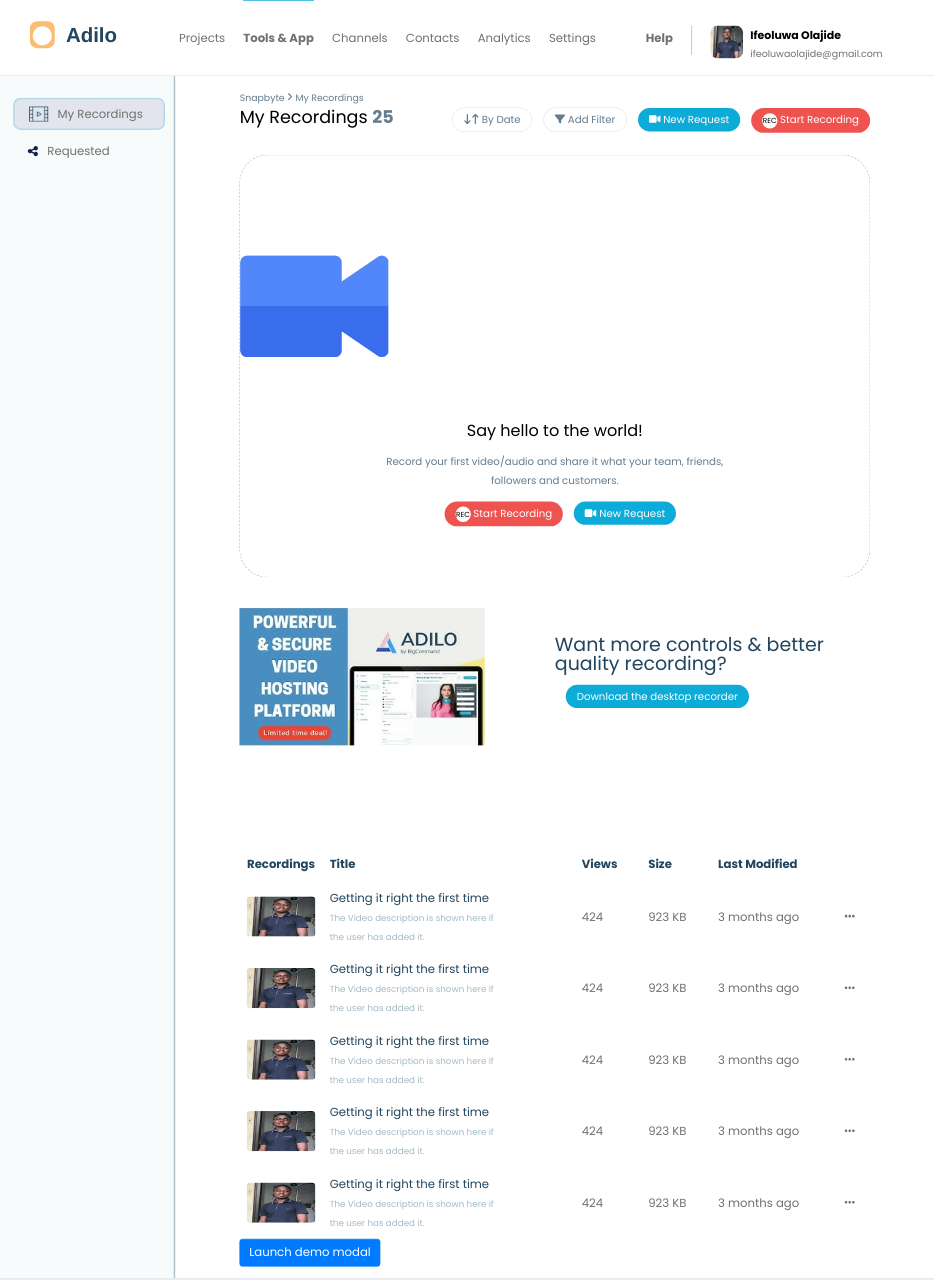
Repository: olhighjay/video_recorder
Page: /
These files come from the project's save history. The page is drawn as it stood at one moment and after the next save; the edit follows.
The browser window is 1280 px wide. The pictures show the whole page, at 73% of full size.
Some web libraries are served in a nearby version. The project was rebuilt for these pictures with package versions that can differ from the ones it lists, and the page was loaded fresh each time. Also part of the build but not shown: vue.config.js.

Above is the page before, as saved 2022-07-29 10:29:55.

### public/index.html
<!DOCTYPE html>
<html lang="">
  <head>
    <meta charset="utf-8">
    <meta http-equiv="X-UA-Compatible" content="IE=edge">
    <meta name="viewport" content="width=device-width,initial-scale=1.0">
    <link rel="icon" href="<%= BASE_URL %>favicon.ico">
    <title><%= htmlWebpackPlugin.options.title %></title>
    <link rel="stylesheet" href="https://cdn.jsdelivr.net/npm/bootstrap@4.0.0/dist/css/bootstrap.min.css" integrity="sha384-Gn5384xqQ1aoWXA+058RXPxPg6fy4IWvTNh0E263XmFcJlSAwiGgFAW/dAiS6JXm" crossorigin="anonymous">
    <link rel="stylesheet" href="https://cdnjs.cloudflare.com/ajax/libs/font-awesome/6.1.2/css/all.min.css" integrity="sha512-1sCRPdkRXhBV2PBLUdRb4tMg1w2YPf37qatUFeS7zlBy7jJI8Lf4VHwWfZZfpXtYSLy85pkm9GaYVYMfw5BC1A==" crossorigin="anonymous" referrerpolicy="no-referrer" />
  </head>
  <body>
    <noscript>
      <strong>We're sorry but <%= htmlWebpackPlugin.options.title %> doesn't work properly without JavaScript enabled. Please enable it to continue.</strong>
    </noscript>
    <div id="app"></div>
    <!-- built files will be auto injected -->

    <script src="https://cdnjs.cloudflare.com/ajax/libs/font-awesome/6.1.2/js/all.min.js" integrity="sha512-8pHNiqTlsrRjVD4A/3va++W1sMbUHwWxxRPWNyVlql3T+Hgfd81Qc6FC5WMXDC+tSauxxzp1tgiAvSKFu1qIlA==" crossorigin="anonymous" referrerpolicy="no-referrer"></script>
    <script src="https://code.jquery.com/jquery-3.2.1.slim.min.js" integrity="sha384-KJ3o2DKtIkvYIK3UENzmM7KCkRr/rE9/Qpg6aAZGJwFDMVNA/GpGFF93hXpG5KkN" crossorigin="anonymous"></script>
    <script src="https://cdn.jsdelivr.net/npm/popper.js@1.12.9/dist/umd/popper.min.js" integrity="sha384-ApNbgh9B+Y1QKtv3Rn7W3mgPxhU9K/ScQsAP7hUibX39j7fakFPskvXusvfa0b4Q" crossorigin="anonymous"></script>
    <script src="https://cdn.jsdelivr.net/npm/bootstrap@4.0.0/dist/js/bootstrap.min.js" integrity="sha384-JZR6Spejh4U02d8jOt6vLEHfe/JQGiRRSQQxSfFWpi1MquVdAyjUar5+76PVCmYl" crossorigin="anonymous"></script>
  </body>
</html>

### src/App.vue
<template>
  <!-- <img alt="Vue logo" src="./assets/logo.png"> -->
  <div>
    <navbar></navbar>
    <div id="main-flex">
      <div class="my-sidebar">
        <ul class="my-sidebar-items">
            <li class="sidebar-item-active"> <img src="./assets/video-player.png" alt=""> &nbsp; My Recordings</li>
            <li> <i class="fa fa-share-alt" style="color:#102346"></i> &nbsp; Requested</li>
        </ul>
      </div>
        <div class="my-main">
          <div class="my-main-container">
            <div><small class="breadcrumbs">Snapbyte <i class="fa fa-angle-right" style="font-weight:200"></i> My Recordings</small></div>
            <div class="subheading-tab">
              <div> <span class="my-recordings">My Recordings </span><span class="my-recordings-count">25</span> </div>
              <div>
                <button class="sub-heading-btn white-btn">
                  <i class="fa fa-long-arrow-down" aria-hidden="true"></i>
                  <i class="fa fa-long-arrow-up" aria-hidden="true"></i>
                  By Date
                </button>
                <button class="sub-heading-btn white-btn">
                  <i class="fa-solid fa-filter"></i>
                  Add Filter
                </button>
                <button class="sub-heading-btn blue-btn">
                  <i class="fa fa-video"></i>
                  New Request
                </button>
                <button class="sub-heading-btn red-btn">
                  <span class="rec">REC</span>
                  Start Recording
                </button>
              </div>
            </div>

            <empty-recorded></empty-recorded>

            <data-table></data-table>
            <!-- Button trigger modal -->
<button type="button" class="btn btn-primary" data-toggle="modal" data-target="#recordOptions">
  Launch demo modal
</button>

<!-- Modal -->
<div class="modal fade" id="recordOptions" tabindex="-1" role="dialog" aria-labelledby="recordOptions" aria-hidden="true">
  <div class="modal-dialog modal-dialog-centered" role="document">
    <div class="modal-content">
      <div class="modal-header">
        <h5 class="my-modal-title">New Recording</h5>
        <button type="button" class="close" data-dismiss="modal" aria-label="Close">
          <span aria-hidden="true"><i class="fa fa-xmark"></i></span>
        </button>
      </div>
      <div class="modal-body">
        <p class="save-in">Save the recording in</p>
        <div>
          <select class="save-option">
            <Option value="" key="">Select a project</Option>
            <Option value="" key="">Project 1</Option>
            <Option value="" key="">Project 2</Option>
            <Option value="" key="">Project 3</Option>
            <Option value="" key="">Project 4</Option>
          </select>
        </div>
        <div style="margin-top: 35px;">
          <div class="record">
            <div class="record-name">Record screen</div>
            <div class="record-switch">
              <label class="switch">
                <input type="checkbox">
                <span class="slider round"></span>
              </label>
            </div>
          </div>
          <div class="record">
            <div class="record-name">Record camera</div>
            <div class="record-switch">
              <label class="switch">
                <input type="checkbox">
                <span class="slider round"></span>
              </label>
            </div>
          </div>
          <div class="record">
            <div class="record-name">Record mic</div>
            <div class="record-switch">
              <label class="switch">
                <input type="checkbox">
                <span class="slider round"></span>
              </label>
            </div>
          </div>
        </div>
      </div>
      <div class="text-center">
        <button type="button" class="start-recording-btn">Start Recording</button>
      </div>
    </div>
  </div>
</div>
          </div>
        </div>
    </div>
  </div>
</template>

<script>
// import HelloWorld from './components/HelloWorld.vue'
import Navbar from './layouts/Navbar.vue'
import DataTable from '@/components/DataTable'
import EmptyRecorded from '@/components/EmptyRecorded'

export default {
  name: 'App',
  components: {
    Navbar,
    DataTable,
    EmptyRecorded
  }
}
</script>


<style>
 @import url('https://fonts.googleapis.com/css2?family=Poppins:wght@400;500;700&display=swap');

#main-flex {
  display: flex;
  width: 100%;
}

.my-sidebar {
  flex: 0 0 240px;
  /* width: 20%; */
  /* height: 100%; */
  background-color: #ebf2f656;
  border-right: 2px solid #21455e54;
  /* border-right: 2px solid #21455E; */
  /* width:250px; */
}
.my-sidebar-items {
  list-style: none;
  padding: 20px 0;
}
.my-sidebar-items>li {
  margin : 10px 12px 10px 18px;
  padding: 7px 20px ;
}
.sidebar-item-active {
  background-color: #E2E5ED;
  border: 2px solid #0DABD838;
  border-radius: 10px;
}





.my-main {
  flex: 1;
  flex-wrap: wrap;
}
.my-main-container {
  padding: 1.5% 8.5%;
}
.subheading-tab {
  display: flex;
  justify-content: space-between;
}
.sub-heading-btn {
  padding: 3px 15px;
  border-radius: 20px;
  margin-left: 15px;
  font-size: 14px;
}
.white-btn {
  border: 1px solid #E2E5ED;
  background-color: white;
  color: #637C8E;
}
.blue-btn {
  border: none;
  background-color: #0DABD8;
  color: #fff;
}
.red-btn {
  border: none;
  background-color: #EF5350;
  color: #fff;
}
.my-recordings, .my-recordings-count {
  font-size: 24px;
  color: #000
}
.my-recordings {
  color: #000
}
.my-recordings-count {
  color: #637C8E;
  font-weight: 600;
}
.breadcrumbs {
  color:#637C8E;
}
.rec {
  color:#000;
  background-color:#fff;
  border-radius:50%;
  padding:3px 1px;
  font-size:10px;
}



.save-option {
  width:100%;
  background: #F8FAFB 0% 0% no-repeat padding-box;
  border: 1px solid #E2E5ED;
  border-radius: 8px;
  padding:8px 20px;
}
.modal-dialog {
  max-width: 400px !important;
}
.modal-content {
  padding-bottom: 30px !important;
}
.modal-body {
  padding:30px !important;
}
.my-modal-title {
  color:#000;
  font-size: 22px;
  padding-left: 14px;
}
.record {
  margin-top: 15px;
  display: flex;
  justify-content: space-between;
}
.record-name {
  color: #21455E;
  font-size: 18px;
}
.save-in {
  color:black;
  font-size:16px;
}
.start-recording-btn {
  background: #0DABD8 0% 0% no-repeat padding-box;
  border-radius: 28px;
  font-size:18px;
  padding:5px 55px;
  border: none;
  color:#fff;
}


.switch {
  position: relative;
  top: 10px;
  display: inline-block;
  width: 50px;
  height: 13px;
}

.switch input {
  opacity: 0;
  width: 0;
  height: 0;
}

.slider {
  position: absolute;
  cursor: pointer;
  top: -10px;
  left: 0;
  right: 0;
  bottom: 0;
  background-color: #ccc;
  -webkit-transition: .4s;
  transition: .4s;
}

.slider:before {
  position: absolute;
  content: "";
  height: 15px;
  width: 15px;
  left: 4px;
  bottom: 4px;
  background-color: white;
  -webkit-transition: .4s;
  transition: .4s;
}

input:checked + .slider {
  background-color: #1bd85a;
}

input:focus + .slider {
  box-shadow: 0 0 1px #1bd85a;
}

input:checked + .slider:before {
  -webkit-transform: translateX(26px);
  -ms-transform: translateX(26px);
  transform: translateX(26px);
}

/* Rounded sliders */
.slider.round {
  border-radius: 34px;
}

.slider.round:before {
  border-radius: 50%;
}


#app {
  font-family: Avenir, Helvetica, Arial, sans-serif;
  font: normal normal normal 14px/26px Poppins;
  -webkit-font-smoothing: antialiased;
  -moz-osx-font-smoothing: grayscale;
   /* text-align: center; */
   font-size: 16px;
  color: #707070;
  border-bottom: solid 2px #E2E5ED;
  overflow: hidden;
  /* margin-top: 60px;  */
}


</style>

### src/layouts/Navbar.vue
<template>
    <nav class="">
      <div class="nav-logo-area">
        <div class="nav-logo-area-inner">
          <div class="white-logo-wrap">
            <span class="white-logo-bkg">
            <img alt="Adilo logo" src="../assets/swarm.png">
            </span>
          </div>
          <div class="adilo">Adilo</div>
        </div>
      </div>
      <div class="nav-tab">
        <ul class="my-nav-list">
          <li><a>Projects</a></li>
          <li class="active-nav-item"> <a>Tools & App</a></li>
          <li><a>Channels</a></li>
          <li><a>Contacts</a></li>
          <li><a>Analytics</a></li>
          <li><a>Settings</a></li>
        </ul>
      </div>
      <div class="nav-profile">
        <ul class="my-nav-list">
          <li><a><b>Help</b></a></li>
        </ul>
        <div class="profile-info">
          <div class="profile-border"></div>
          <div >
            <img alt="Profile Image" src="../assets/profile.jpg" class="profile-img">
          </div>
          <div style="margin-left:10px">
            <span class="profile-name">Ifeoluwa Olajide </span>
            <p class="profile-email">ifeoluwaolajide@gmail.com</p>
          </div>
        </div>
      </div>
    </nav>
</template>
<script>
export default {
    name: 'NavbarComponent'
}
</script>
<style>
     nav {
    display: flex;
    /* height: 69px; */
    padding: 0 0.032%;
    border-bottom: solid 1px #E2E5ED;
  }

  .nav-logo-area {
    flex: 0 0 16%;
    padding-left: 3.2%;
    padding-top: 19px;
    padding-bottom: 27px;
  }
  .nav-logo-area-inner {
    display: flex;
  }
  .nav-tab {
    flex: 0 0 50%;
  }
  .nav-profile {
    flex: 0 0 34%;
    display: flex;
  }
  .my-nav-list {
    list-style: none;
    padding-top: 40px;
  }
  .my-nav-list>li {
    display: inline;
    margin-right: 25px;
    padding-top: 40px;
  }
  .my-nav-list>li>a {
    text-align: left;
    /* font: normal normal normal 18px/27px Poppins; */
    letter-spacing: 0px;
    color: #707070;
    opacity: 1
  }
  .white-logo-wrap {
    padding-top:16px;
  }
  .white-logo-bkg {
    background-color:#FBBD71;
    padding:7px 4px;
    border-radius:10px;
  }
  .adilo {
    font: normal normal bold 28px/32px Helvetica;
    font-size:28px;
    margin-left:15px;
    font-weight:bold;
    color:#21455E;
    padding-top:14px;
  }
  .profile-info {
    padding-top:35px;
    display:flex;
  }
  .active-nav-item {
    border-top: 6px solid #0DABD8;
    font-weight: 600;
  }
  .profile-border {
    border-left: 1px solid #A3BAC6;
    padding-left:25px;
    height:40px;
  }
  .profile-img {
    width:45px; height: 45px;
    border-radius:10px;
  }
  .profile-name {
    font-weight:bold;
    font-size:15px;
    color:black;
  }
  .profile-email {
    font-size:13px;
  }
</style>

### src/components/DataTable.vue
<template>
    <div class="table-responsive-xl" style="margin-top:46.1px">
        <table class="">
        <thead>
            <tr >
            <th scope="col" class="my-table-title">Recordings</th>
            <th scope="col" class="my-table-title" colspan="3">Title</th>
            <th scope="col" style="width:10%"></th>
            <th scope="col" class="my-table-title">Views</th>
            <th scope="col" class="my-table-title">Size</th>
            <th scope="col" class="my-table-title">Last Modified</th>
            <th scope="col" class="my-table-title"></th>
            </tr>
        </thead>
        <tbody>
            <tr>
            <td style="width:13%; ">
                <img alt="Profile Image" src="../assets/profile.jpg" class="table-profile-image">
            </td>
            <td style="width:30%" colspan="3">
                <span class="row-col-txt">Getting it right the first time </span> <br />
                <span class="row-col-subtxt">The Video description is shown here if the user has added it. </span>
            </td>
            <td style="width:10%">
            </td>
            <td>424</td>
            <td>923 KB</td>
            <td>3 months ago</td>
            <td><i class="fa fa-ellipsis-h"></i></td>
            </tr>
            <tr>
            <td style="width:13%; ">
                <img alt="Profile Image" src="../assets/profile.jpg" class="table-profile-image">
            </td>
            <td style="width:30%" colspan="3">
                <span class="row-col-txt">Getting it right the first time </span> <br />
                <span class="row-col-subtxt">The Video description is shown here if the user has added it. </span>
            </td>
            <td style="width:10%">
            </td>
            <td>424</td>
            <td>923 KB</td>
            <td>3 months ago</td>
            <td><i class="fa fa-ellipsis-h"></i></td>
            </tr>
            <tr>
            <td style="width:13%; ">
                <img alt="Profile Image" src="../assets/profile.jpg" class="table-profile-image">
            </td>
            <td style="width:30%" colspan="3">
                <span class="row-col-txt">Getting it right the first time </span> <br />
                <span class="row-col-subtxt">The Video description is shown here if the user has added it. </span>
            </td>
            <td style="width:10%">
            </td>
            <td>424</td>
            <td>923 KB</td>
            <td>3 months ago</td>
            <td><i class="fa fa-ellipsis-h"></i></td>
            </tr>
            <tr>
            <td style="width:13%; ">
                <img alt="Profile Image" src="../assets/profile.jpg" class="table-profile-image">
            </td>
            <td style="width:30%" colspan="3">
                <span class="row-col-txt">Getting it right the first time </span> <br />
                <span class="row-col-subtxt">The Video description is shown here if the user has added it. </span>
            </td>
            <td style="width:10%">
            </td>
            <td>424</td>
            <td>923 KB</td>
            <td>3 months ago</td>
            <td><i class="fa fa-ellipsis-h"></i></td>
            </tr>
            <tr>
            <td style="width:13%; ">
                <img alt="Profile Image" src="../assets/profile.jpg" class="table-profile-image">
            </td>
            <td style="width:30%" colspan="3">
                <span class="row-col-txt">Getting it right the first time </span> <br />
                <span class="row-col-subtxt">The Video description is shown here if the user has added it. </span>
            </td>
            <td style="width:10%">
            </td>
            <td>424</td>
            <td>923 KB</td>
            <td>3 months ago</td>
            <td><i class="fa fa-ellipsis-h"></i></td>
            </tr>
        </tbody>
        </table>
    </div>
</template>

<style>
    table  {
  border-spacing: 300px !important;
}
th, td {
  padding: 10px;
}
.my-table-title {
  text-align: left;
  font: normal normal medium 18px/27px Poppins;
  letter-spacing: 0px;
  color: #21455E;
}
.row-col-txt {
  color:#21455E
}
.row-col-subtxt {
  text-align: left;
  font: normal normal normal 12px/18px Poppins;
  letter-spacing: 0px;
  color: #A3BAC6;
  line-height: 0;
}
.table-profile-image {
  width:100%;
  height:55px;
  border-radius:5px;
}
</style>

### src/components/EmptyRecorded.vue
<template>
    <div style="border: 1px dashed #A3BAC6; margin-top:30px;
        border-radius: 38px;
        opacity: 1; padding-top:105.9px; padding-bottom:68.5px">
        <div style="margin: 0 auto">
            <img alt="Advert" src="../assets/video-player-film.png" style="width:203px;  display:block">
        </div>
        <p style="color: #000; font-size: 22px; text-align:center; font-weight:medium; margin-top:56px">Say hello to the world!</p>
        <p style="color: #637C8E; font-size: 14px; text-align:center;">Record your first video/audio and share it what your team, friends, <br />followers and customers.</p>
        <div class="text-center">
        <button class="sub-heading-btn red-btn">
            <span class="rec">REC</span>
            Start Recording
        </button>
        <button class="sub-heading-btn blue-btn">
            <i class="fa fa-video"></i>
            New Request
        </button>
        </div>
    </div>
    <div class="footer" style="margin-top:42px; margin-bottom: 140px">
        <div class="advert">
            <img alt="Advert" src="../assets/hqdefault.jpg">
        </div>
        <div>
        <p style="font-size: 26px; color:#21455E; margin-top:10%">Want more controls & better <br />quality recording?</p>
        <button class="sub-heading-btn blue-btn">Download the desktop recorder</button>
        </div>
    </div>
</template>

<style >
    .footer {
        display: flex;
    }
    .advert {
        flex-basis: 50%;
    }
</style>

Loaded but not shown: src/main.js (common file)

After the next save:
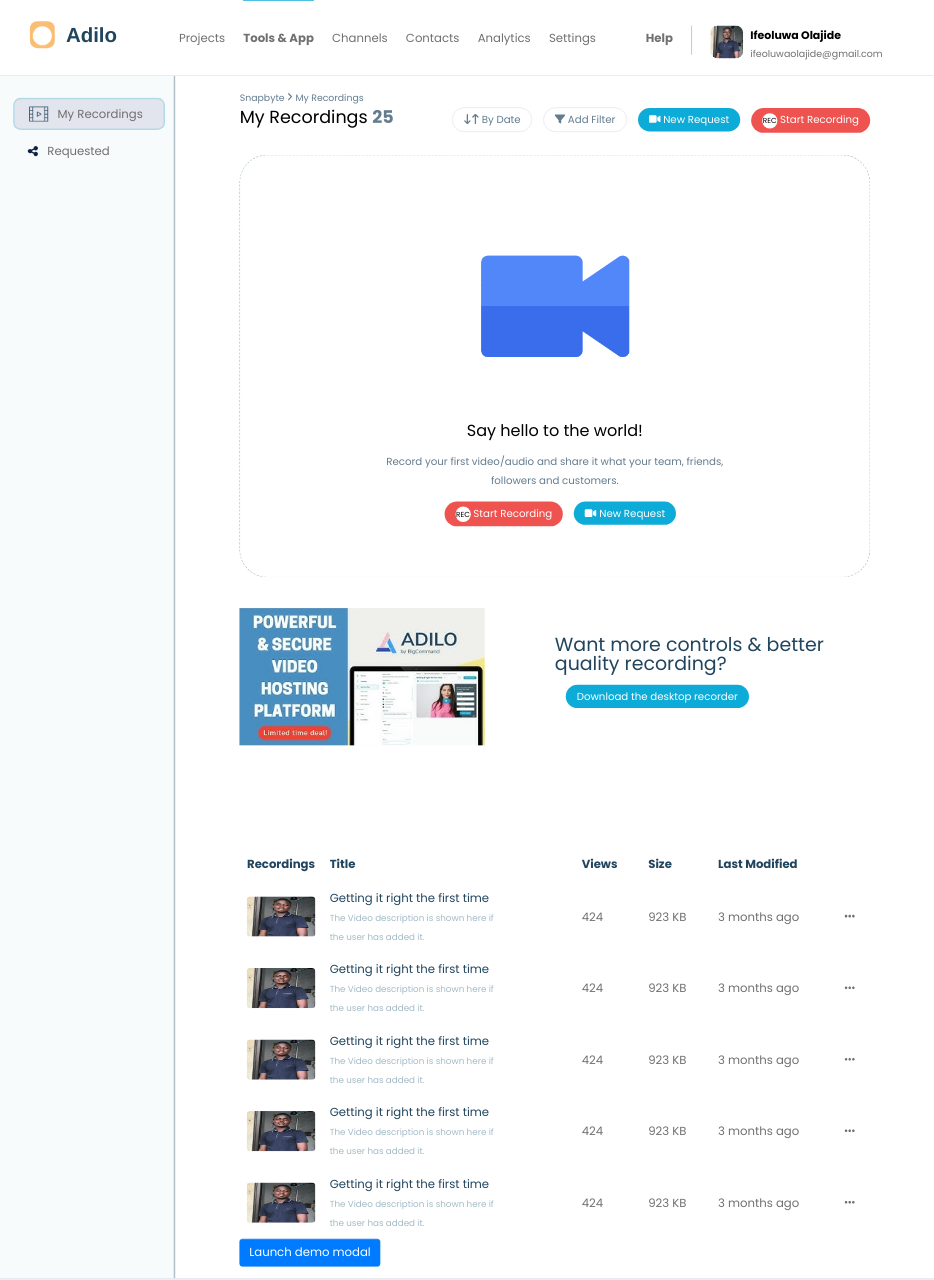
Saved 9 s later.
--- a/src/components/EmptyRecorded.vue
+++ b/src/components/EmptyRecorded.vue
@@ -2,8 +2,8 @@
     <div style="border: 1px dashed #A3BAC6; margin-top:30px;
         border-radius: 38px;
         opacity: 1; padding-top:105.9px; padding-bottom:68.5px">
-        <div style="margin: 0 auto">
-            <img alt="Advert" src="../assets/video-player-film.png" style="width:203px;  display:block">
+        <div>
+            <img alt="Advert" src="../assets/video-player-film.png" style="width:203px; margin: 0 auto; display:block">
         </div>
         <p style="color: #000; font-size: 22px; text-align:center; font-weight:medium; margin-top:56px">Say hello to the world!</p>
         <p style="color: #637C8E; font-size: 14px; text-align:center;">Record your first video/audio and share it what your team, friends, <br />followers and customers.</p>
